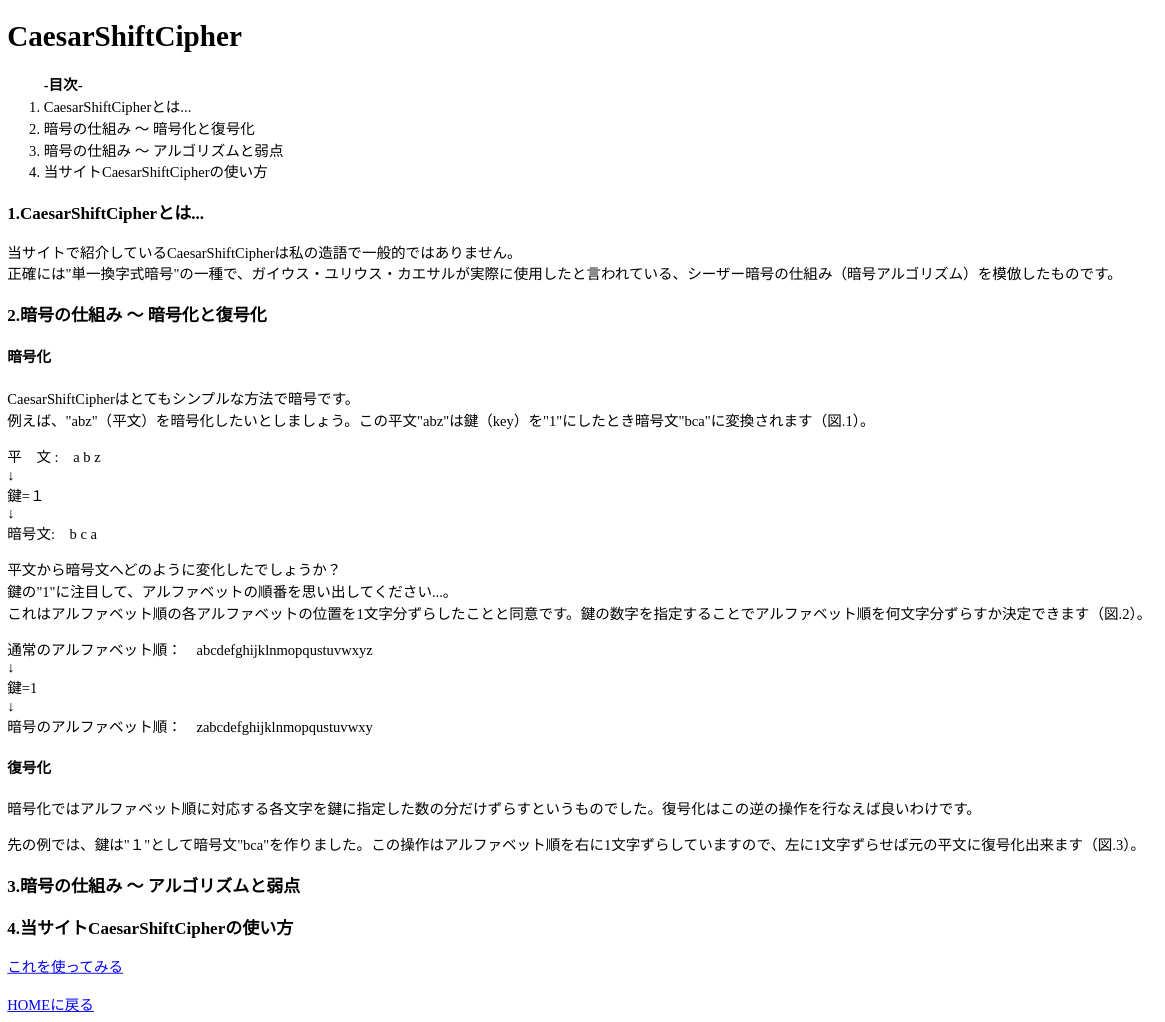
Repository: RantaWatari/TEST
Page: http://localhost/CipherProject/CipherMore?page=1
The author's editor kept a copy of each file at every save. The page is drawn from the files as they stood at one save, then again after the next save.
The browser window is 1280 px wide. The pictures show the whole page, at 91% of full size.
The page is served by Tomcat 9.

Above is the page before, as saved 2017-07-25 03:09:31.

### CipherProject/WebContent/WEB-INF/jsp/CaesarShiftCipher.jsp
<%@ page language="java" contentType="text/html; charset=UTF-8"
    pageEncoding="UTF-8"%>
<!DOCTYPE html PUBLIC "-//W3C//DTD HTML 4.01 Transitional//EN" "http://www.w3.org/TR/html4/loose.dtd">
<html>
<head>
<meta http-equiv="Content-Type" content="text/html; charset=UTF-8">
<title>CaesarShiftCipher-Page</title>
</head>
<body>

<h1>CaesarShiftCipher</h1>
	<ol>
	<strong>-目次-</strong>
	<li>CaesarShiftCipherとは...</li>
	<li>暗号の仕組み ～ 暗号化と復号化</li>
	<li>暗号の仕組み ～ アルゴリズムと弱点</li>
	<li>当サイトCaesarShiftCipherの使い方</li>
	</ol>
<h3>1.CaesarShiftCipherとは...</h3>
	<p>当サイトで紹介しているCaesarShiftCipherは私の造語で一般的ではありません。<br>
		正確には"単一換字式暗号"の一種で、ガイウス・ユリウス・カエサルが実際に使用したと言われている、シーザー暗号の仕組み（暗号アルゴリズム）を模倣したものです。</p>
<h3>2.暗号の仕組み ～ 暗号化と復号化</h3>
	<h4>暗号化</h4>
		<p>CaesarShiftCipherはとてもシンプルな方法で暗号です。<br>
			例えば、"abz"（平文）を暗号化したいとしましょう。この平文"abz"は鍵（key）を"1"にしたとき暗号文"bca"に変換されます（図.1）。</p>
		<p>平　文 :　a b z<br>↓<br>鍵=１<br>↓<br>暗号文:　b c a</p>
		<p>平文から暗号文へどのように変化したでしょうか？<br>
			鍵の"1"に注目して、アルファベットの順番を思い出してください...。<br>
			これはアルファベット順の各アルファベットの位置を1文字分ずらしたことと同意です。鍵の数字を指定することでアルファベット順を何文字分ずらすか決定できます（図.2）。</p>
		<p>通常のアルファベット順：　abcdefghijklnmopqustuvwxyz<br>↓<br>鍵=1<br>↓<br>暗号のアルファベット順：　zabcdefghijklnmopqustuvwxy</p>
	<h4>復号化</h4>
		<p>暗号化ではアルファベット順に対応する各文字を鍵に指定した数の分だけずらすというものでした。復号化はこの逆の操作を行なえば良いわけです。</p>
		<p>先の例では、鍵は"１"として暗号文"bca"を作りました。この操作はアルファベット順を右に1文字ずらしていますので、左に1文字ずらせば元の平文に復号化出来ます（図.3）。</p>
<h3>3.暗号の仕組み ～ アルゴリズムと弱点</h3>
	<p></p>
<h3>4.当サイトCaesarShiftCipherの使い方</h3>
	<p></p>
<a href="http://localhost/CaesarShiftCipher/CaesarShiftCipher">これを使ってみる</a><br><br>
<a href="/CipherProject/">HOMEに戻る</a>

</body>
</html>

### CipherProject/src/servlet/Cipher.java
package servlet;

import java.io.IOException;

import javax.servlet.RequestDispatcher;
import javax.servlet.ServletException;
import javax.servlet.annotation.WebServlet;
import javax.servlet.http.HttpServlet;
import javax.servlet.http.HttpServletRequest;
import javax.servlet.http.HttpServletResponse;

@WebServlet("/CipherMore")
public class Cipher extends HttpServlet {
	private static final long serialVersionUID = 1L;

	protected void doGet(HttpServletRequest request, HttpServletResponse response) throws ServletException, IOException {

		String page =  request.getParameter("page");
		int pageNum = Integer.parseInt(page);

		if(pageNum == 0){

		}else if(pageNum == 1){
			RequestDispatcher dispatcher = request.getRequestDispatcher("/WEB-INF/jsp/CaesarShiftCipher.jsp");
			dispatcher.forward(request, response);
		}else if(pageNum == 2){
			RequestDispatcher dispatcher = request.getRequestDispatcher("/WEB-INF/jsp/VigenereCipher.jsp");
			dispatcher.forward(request, response);
		}else if(pageNum == 3){
			RequestDispatcher dispatcher = request.getRequestDispatcher("/WEB-INF/jsp/Enigma.jsp");
			dispatcher.forward(request, response);
		}else if(pageNum == 777){
			RequestDispatcher dispatcher = request.getRequestDispatcher("/WEB-INF/jsp/Unicode.jsp");
			dispatcher.forward(request, response);
		}

	}

}

After the next save:
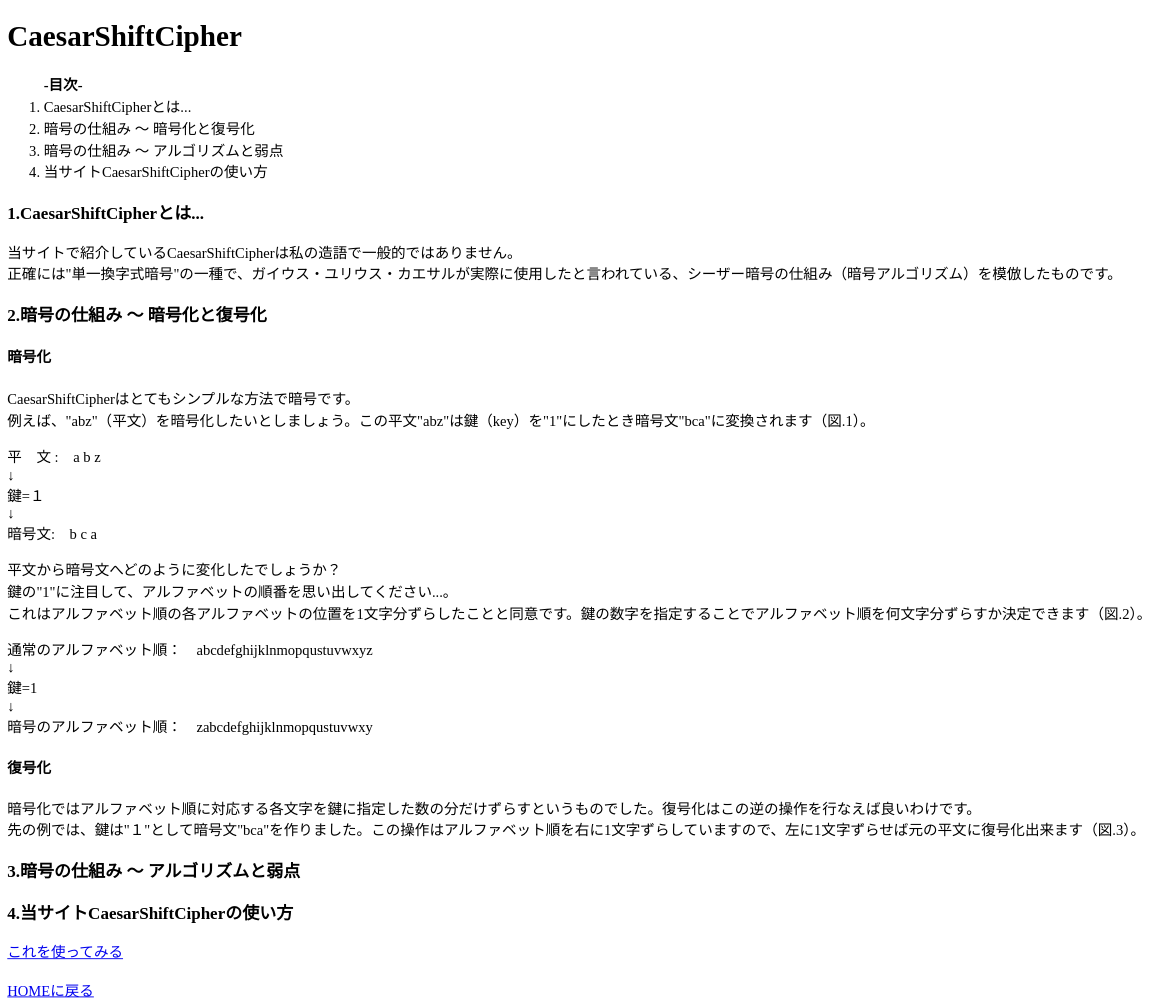
Saved 10 min 59 s later.
--- a/CipherProject/WebContent/WEB-INF/jsp/CaesarShiftCipher.jsp
+++ b/CipherProject/WebContent/WEB-INF/jsp/CaesarShiftCipher.jsp
@@ -29,8 +29,8 @@
 			これはアルファベット順の各アルファベットの位置を1文字分ずらしたことと同意です。鍵の数字を指定することでアルファベット順を何文字分ずらすか決定できます（図.2）。</p>
 		<p>通常のアルファベット順：　abcdefghijklnmopqustuvwxyz<br>↓<br>鍵=1<br>↓<br>暗号のアルファベット順：　zabcdefghijklnmopqustuvwxy</p>
 	<h4>復号化</h4>
-		<p>暗号化ではアルファベット順に対応する各文字を鍵に指定した数の分だけずらすというものでした。復号化はこの逆の操作を行なえば良いわけです。</p>
-		<p>先の例では、鍵は"１"として暗号文"bca"を作りました。この操作はアルファベット順を右に1文字ずらしていますので、左に1文字ずらせば元の平文に復号化出来ます（図.3）。</p>
+		<p>暗号化ではアルファベット順に対応する各文字を鍵に指定した数の分だけずらすというものでした。復号化はこの逆の操作を行なえば良いわけです。<br>
+			先の例では、鍵は"１"として暗号文"bca"を作りました。この操作はアルファベット順を右に1文字ずらしていますので、左に1文字ずらせば元の平文に復号化出来ます（図.3）。</p>
 <h3>3.暗号の仕組み ～ アルゴリズムと弱点</h3>
 	<p></p>
 <h3>4.当サイトCaesarShiftCipherの使い方</h3>
